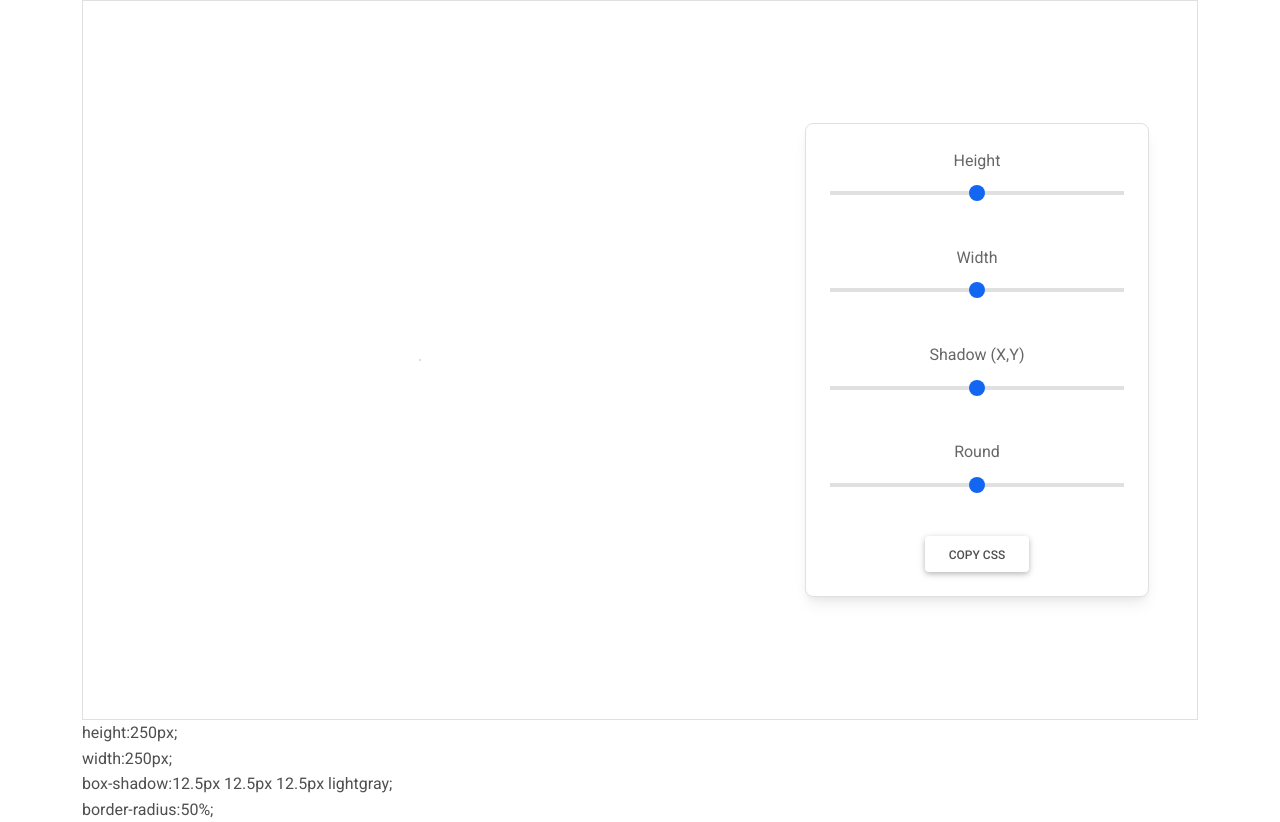
Repository: USaditya98/card-generator
Page: index.html
The author's editor kept a copy of each file at every save. The page is drawn from the files as they stood at one save, then again after the next save.
The browser window is 1280 px wide. The pictures show the whole page.
After loading, the first visible `#cssBtn` was clicked once.

Above is the page before, as saved 2021-10-20 13:18:14.

After the next save:
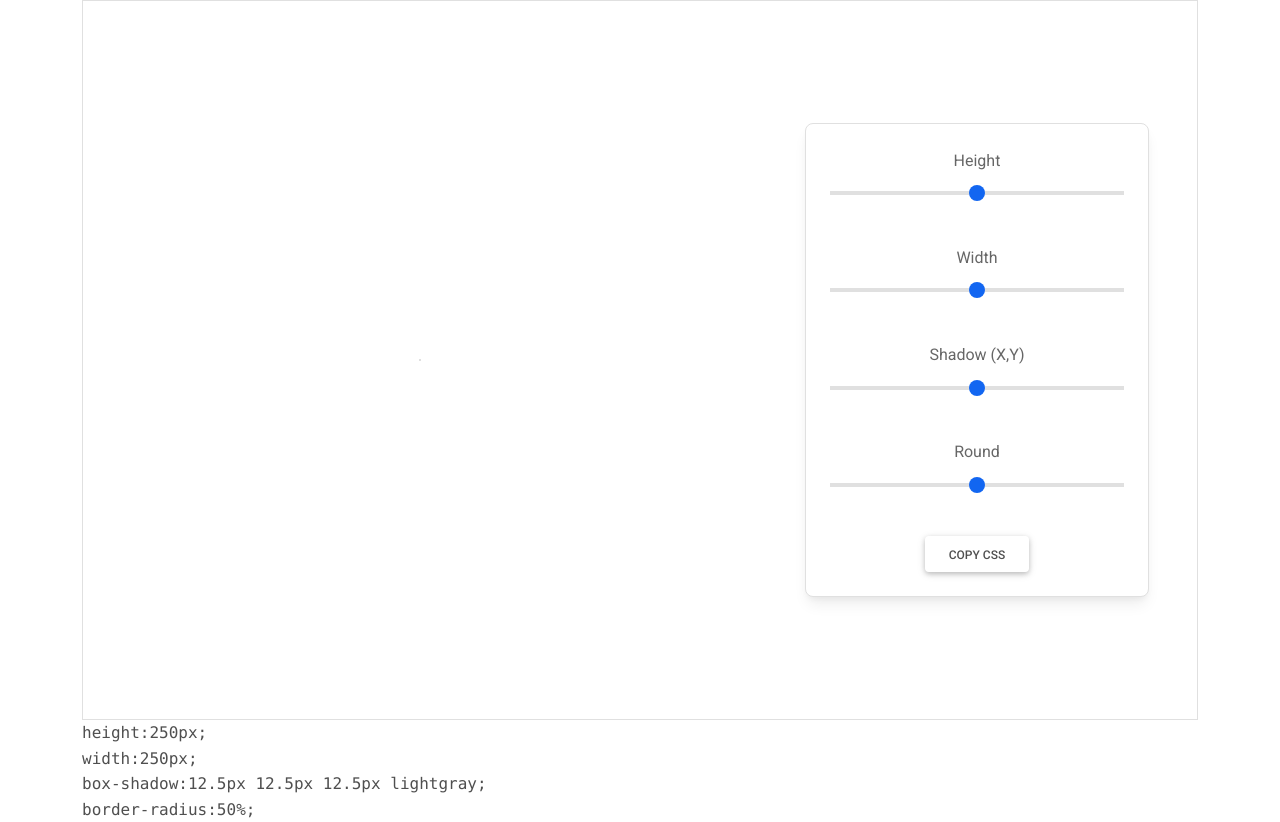
Saved 27 s later.
--- a/index.html
+++ b/index.html
@@ -112,7 +112,7 @@
               var li = document.createElement('li');     // create li element.
               li.innerHTML = arr[i] + ':' + arrValue[i] ;      // assigning text to li using array value.
               li.setAttribute('style', 'display: block;');    // remove the bullets.
-              li.setAttribute('class', 'font-monospace.');    // remove the bullets.
+              li.setAttribute('class', 'font-monospace');    // remove the bullets.
 
               ul.appendChild(li);     // append li to ul.
           }
